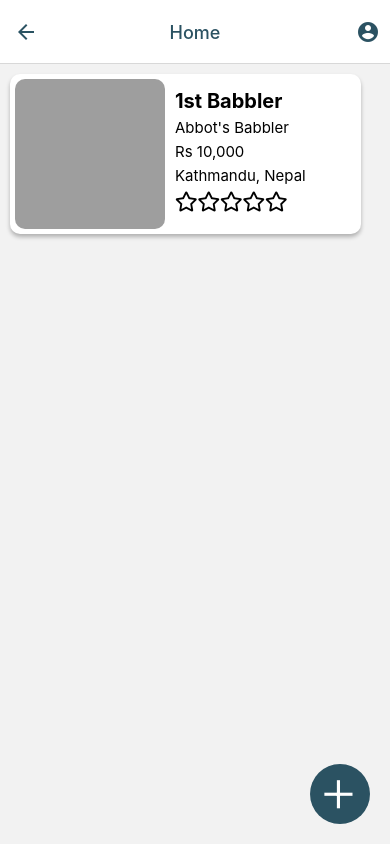
Repository: SaudCh/Expo-Pethub
Screen: /Home
These files come from the project's save history. The screen is drawn as it stood at one moment and after the next save; the edit follows.
Pictures or frames that could not be fetched are drawn as grey boxes. The app was drawn by React Native's web renderer in a window 390 px wide. The project was rebuilt for these pictures with package versions that can differ from the ones it lists, and the page was loaded fresh each time. Also part of the build but not shown: Screens/Signup.js, Screens/Profile.js, Screens/UpdateProfile.js, Screens/ForgetPassword.js, Screens/Add.js.

Above is the screen before, as saved 2022-11-15 01:05:36.

After the next save:
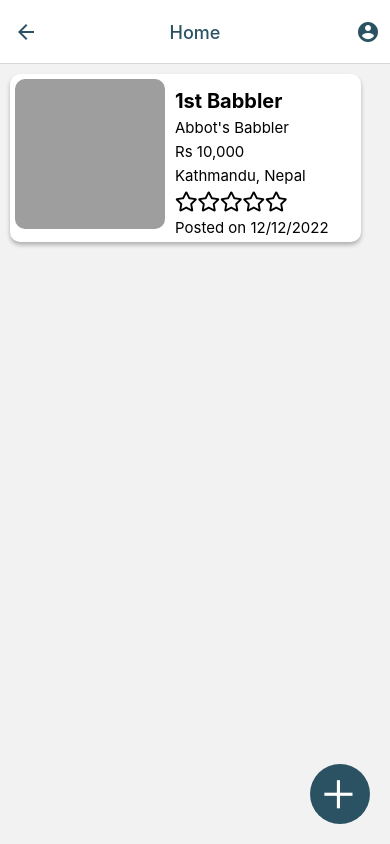
Saved 27 s later.
--- a/Screens/Card.js
+++ b/Screens/Card.js
@@ -25,6 +25,8 @@ export default function Card() {
                         <FontAwesome5 name="star" size={20} color="black" />
                         <FontAwesome5 name="star" size={20} color="black" />
                     </View>
+                    <Text style={{ ...styles.text }}>Posted on 12/12/2022</Text>
+
                 </View>
             </View>
 
